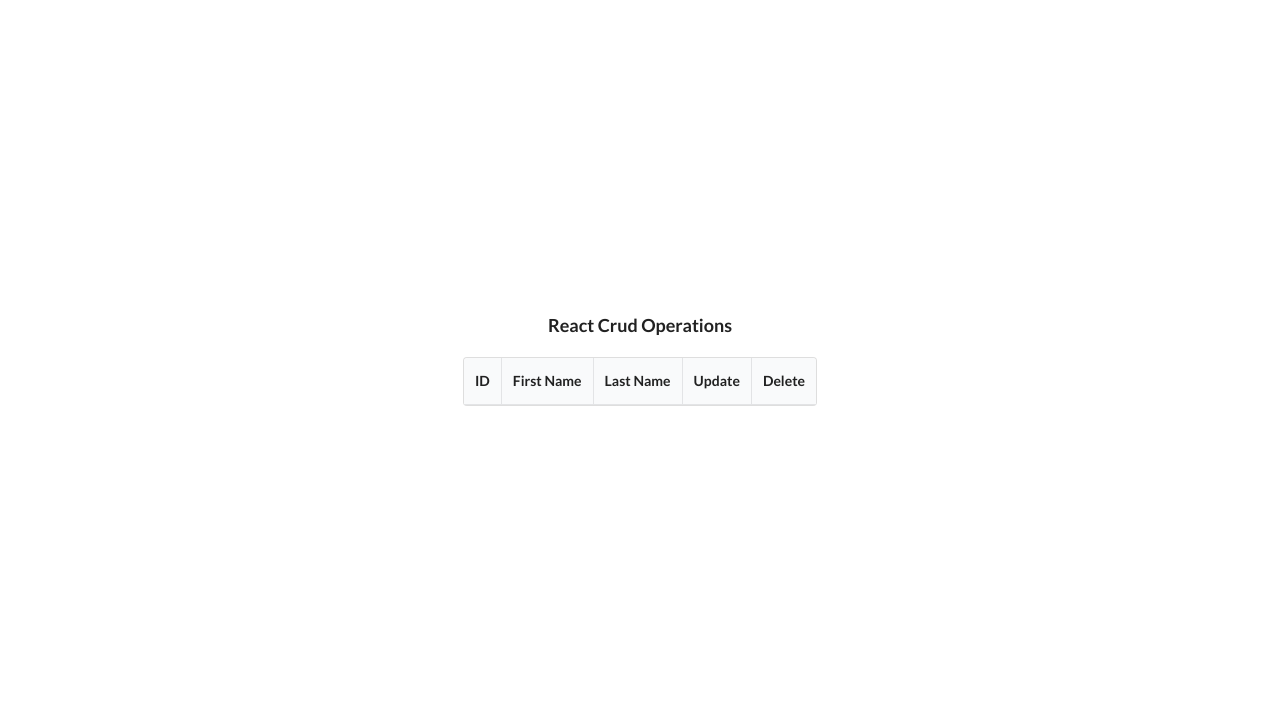
Repository: BhargavRudhra/React-CRUD
Page: /read
The author's editor kept a copy of each file at every save. The page is drawn from the files as they stood at one save, then again after the next save.
The browser window is 1280 px wide. The pictures show the whole page.
The page's requests for data from a server got no answer. The project was rebuilt for these pictures with package versions that can differ from the ones it lists, and the page was loaded fresh each time. No one was signed in, and anything a server would have sent is missing. Also part of the build but not shown: src/components/create/create.js, src/components/update/update.js.

Above is the page before, as saved 2022-06-22 23:10:02.

### src/index.js
import React from 'react';
import ReactDOM from 'react-dom';
import './index.css';
import App from './App';
import 'semantic-ui-css/semantic.min.css'

ReactDOM.render(
  <React.StrictMode>
    <App />
  </React.StrictMode>,
  document.getElementById('root')
);

// If you want to start measuring performance in your app, pass a function
// to log results (for example: reportWebVitals(console.log))
// or send to an analytics endpoint. Learn more: https://bit.ly/CRA-vitals

### src/index.css
body{
    background-image: url(./images/CRUDpic.jpg);
}

### src/App.js
import './App.css';
import Create from './components/create/create';
import Read from './components/read/read';
import { BrowserRouter as Router, Route } from 'react-router-dom'
import Update from './components/update/update';

function App() {
  return (
    <Router>
      <div className="main">
        <div>
          <h3>React Crud Operations</h3>
        </div>

        <div>
          <Route exact path='/' component={Create} />
        </div>

        <div style={{ marginTop: 20 }}>
          <Route exact path='/read' component={Read} />
        </div>

        <Route path='/update' component={Update} />

      </div>
    </Router>
  );
}

export default App;

### src/App.css
.main {
    height: 100vh;
    display: flex;
    justify-content: center;
    align-items: center;
    flex-direction: column;
    width: 100%;
}

### src/components/read/read.js
import React, { useEffect, useState } from 'react';
import { Table, Button } from 'semantic-ui-react';
import axios from 'axios';
import { Link } from 'react-router-dom';

export default function Read() {
    const [apiData, setApiData] = useState([]);
    useEffect(() => {
        axios.get(`https://crudcrud.com/api/c976988e9e964395b1334615ce84d80d/data`)
            .then((getData) => {
                setApiData(getData.data);
            })
    }, [])

    const setData = (id, firstName, lastName) => {
        localStorage.setItem('ID', id)
        localStorage.setItem('firstName', firstName)
        localStorage.setItem('lastName', lastName)
    }

    const getData = () => {
        axios.get(`https://crudcrud.com/api/c976988e9e964395b1334615ce84d80d/data`)
            .then((getData) => {
                setApiData(getData.data);
            })
    }

    const onDelete = (id) => {
        axios.delete(`https://crudcrud.com/api/c976988e9e964395b1334615ce84d80d/data${id}`)
        .then(() => {
            getData();
        })
    }

    return (
        <div>
            <Table celled>
                <Table.Header>
                    <Table.Row>
                        <Table.HeaderCell>ID</Table.HeaderCell>
                        <Table.HeaderCell>First Name</Table.HeaderCell>
                        <Table.HeaderCell>Last Name</Table.HeaderCell>
                        <Table.HeaderCell>Update</Table.HeaderCell>
                        <Table.HeaderCell>Delete</Table.HeaderCell>
                    </Table.Row>
                </Table.Header>

                <Table.Body>
                    {apiData.map((data) => {
                        return (
                            <Table.Row>
                                <Table.Cell>{data.id}</Table.Cell>
                                <Table.Cell>{data.firstName}</Table.Cell>
                                <Table.Cell>{data.lastName}</Table.Cell>
                                <Table.Cell>
                                    <Link to='/update'>
                                        <Button
                                            color="green"
                                            onClick={() => setData(data.id, data.firstName, data.lastName)}>
                                            Update
                                        </Button>
                                    </Link>
                                </Table.Cell>
                                <Table.Cell>
                                    <Button color="red" onClick={() => onDelete(data.id)}>Delete</Button>
                                </Table.Cell>
                            </Table.Row>
                        )
                    })}

                </Table.Body>
            </Table>
        </div>
    )
}

Loaded but not shown: public/index.html (common file)

After the next save:
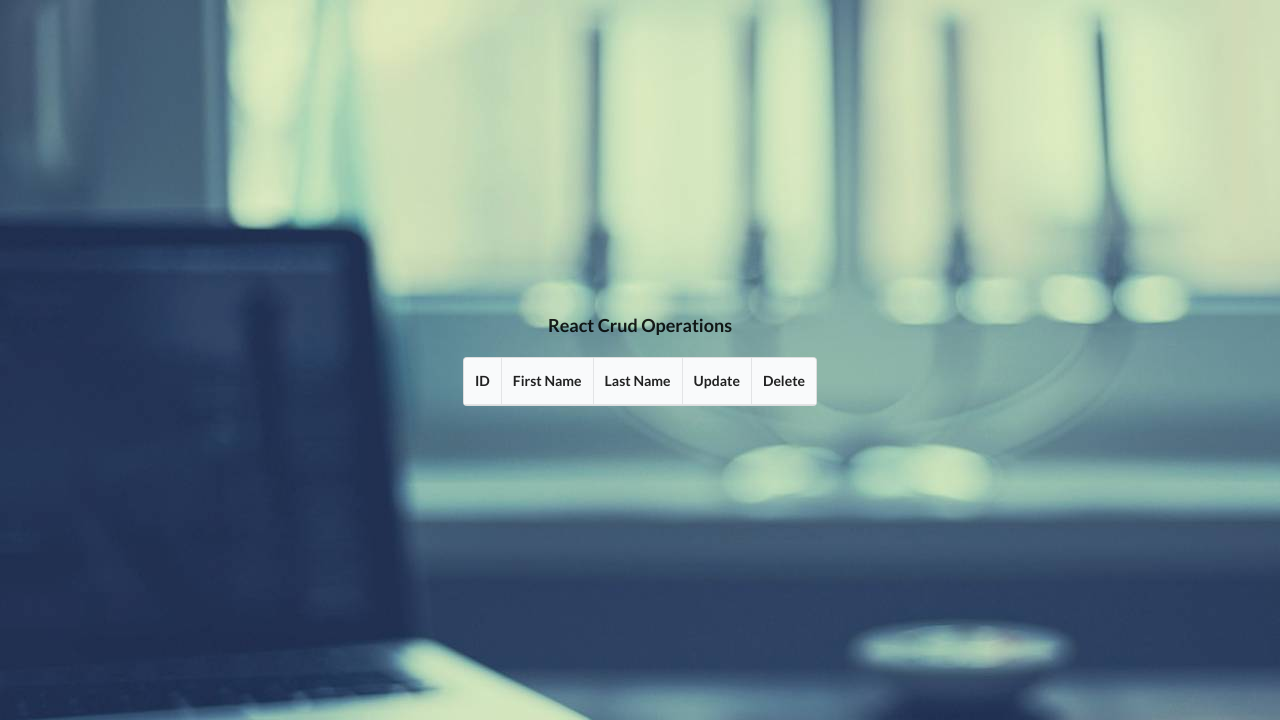
Saved 46 s later.
--- a/src/App.css
+++ b/src/App.css
@@ -5,4 +5,5 @@
     align-items: center;
     flex-direction: column;
     width: 100%;
+    background-image: url(./images/CRUDpic.jpg);
 }
